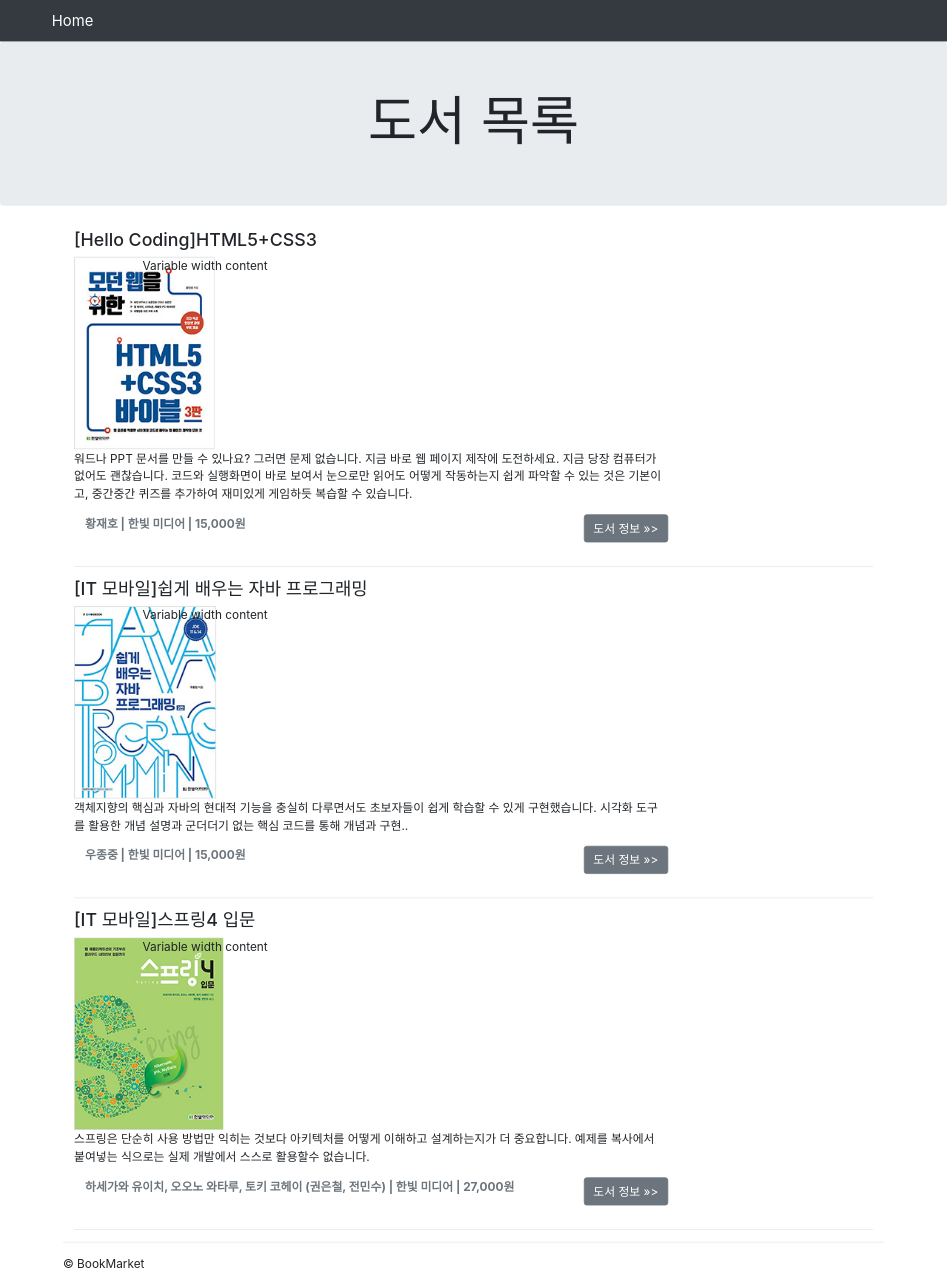
Repository: freedomseok8047/jsp
Page: http://localhost/BookMarket/books.jsp
The author's editor kept a copy of each file at every save. The page is drawn from the files as they stood at one save, then again after the next save.
The browser window is 1280 px wide. The pictures show the whole page, at 74% of full size.
The page is served by Tomcat 9.

Above is the page before, as saved 2023-08-25 05:38:33.

After the next save:
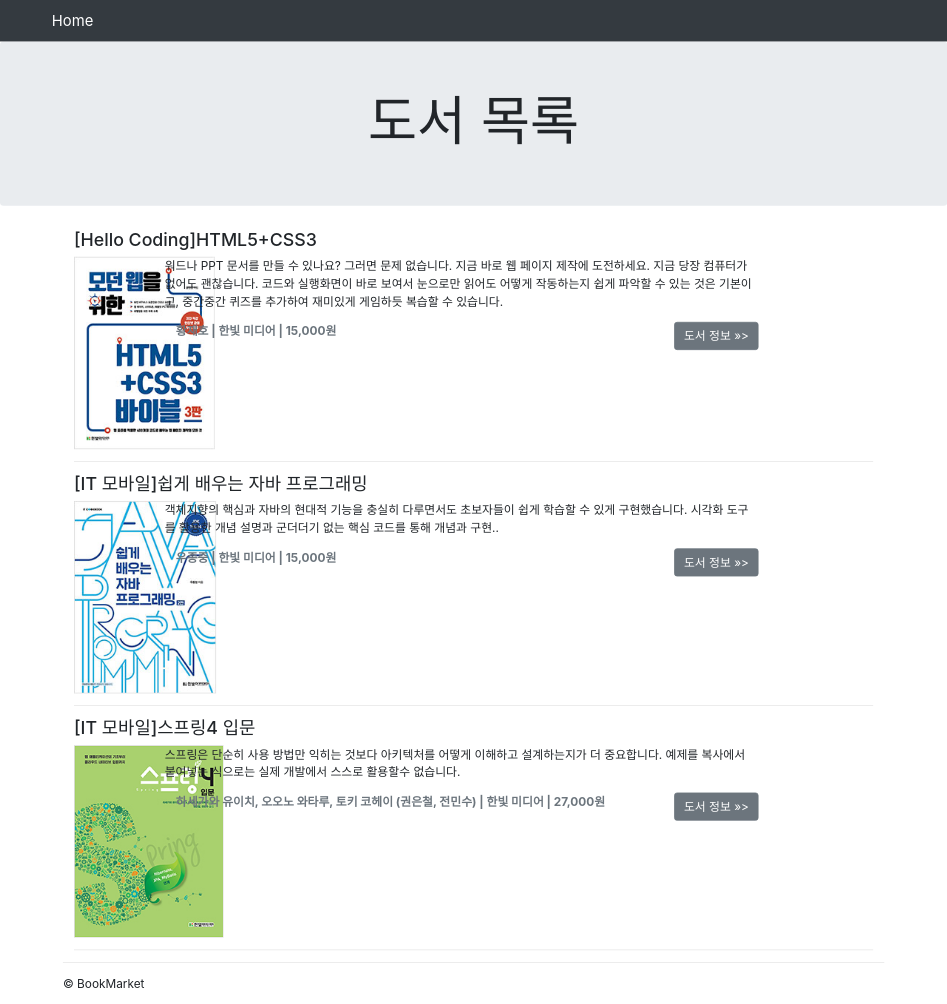
Saved 14 s later.
--- a/BookMarket/src/main/webapp/books.jsp
+++ b/BookMarket/src/main/webapp/books.jsp
@@ -39,7 +39,7 @@
 						<img src="resources/images/<%=book.getFilename()%>"
 							alt=<%=book.getName()%>>
 					</div>
-					<div class="col-md-auto">Variable width content</div>
+					<div class="col-md-auto"></div>
 					<div class="col col-lg-9">
 						<p><%=book.getDescription()%>
 						<div class="container">
